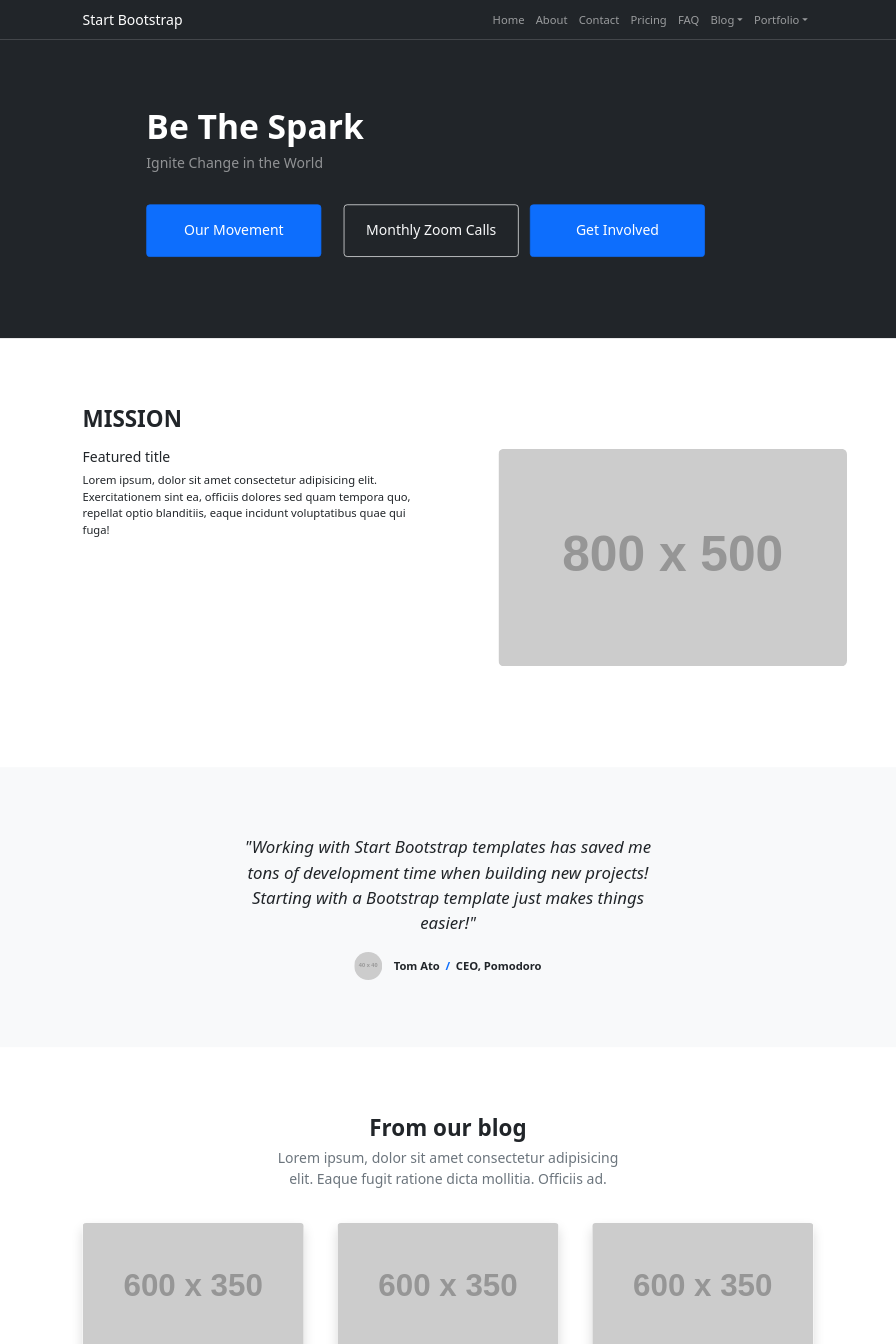
Repository: DragonFruit8/BeTheSpark
Page: index.html
These files come from the project's save history. The page is drawn as it stood at one moment and after the next save; the edit follows.
The browser window is 1280 px wide. The pictures show the part of the page from y = 0 to 1920 px (the page is 2664 px tall before and 2568 px after), at 70% of full size.

Above is the page before, as saved 2024-01-14 07:54:46.

After the next save:
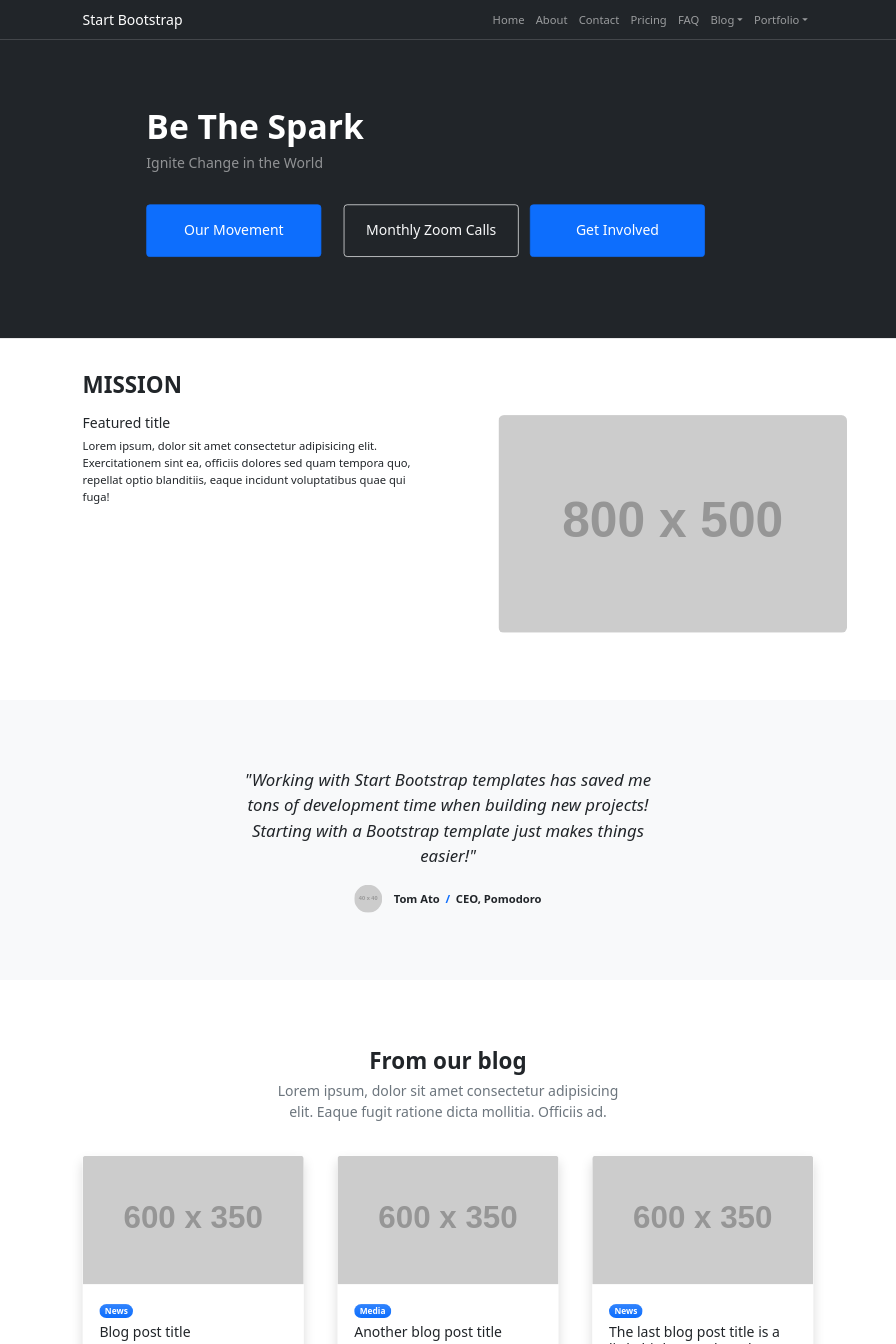
Saved 19 s later.
--- a/index.html
+++ b/index.html
@@ -66,7 +66,7 @@
                 </div>
             </header>
             <!-- Features section-->
-            <section class="py-5" id="features">
+            <section class="" id="features">
                 <div class="container px-5 my-5">
                     <div class="row gx-5">
                         <div class="col-lg-4 mb-5 mb-lg-0"><h2 class="fw-bolder mb-4">MISSION</h2></div>
